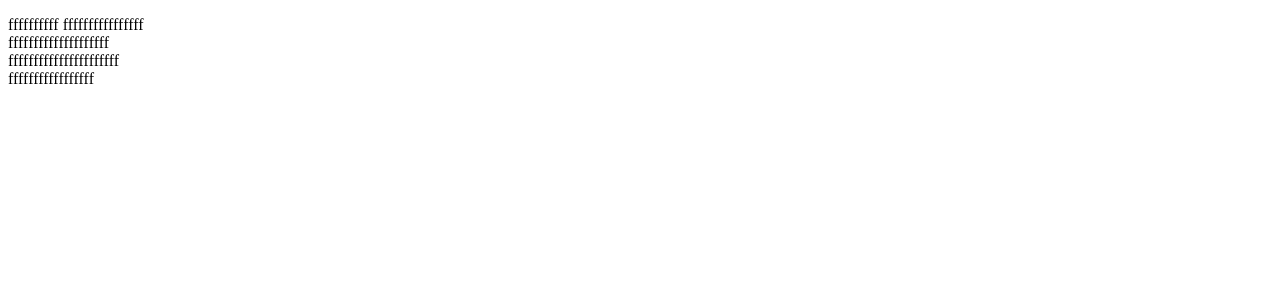
Repository: D-Savanchuk/Tasks
Page: index.html
An editor plug-in stored every save of this project. The page is shown before and after the next save, followed by the edit.
The browser window is 1280 px wide. The pictures show the whole page.

Above is the page before, as saved 2022-10-10 11:54:35.

### index.html
<!DOCTYPE html>
<html lang="en">
<head>
    <meta charset="UTF-8">
    <meta http-equiv="X-UA-Compatible" content="IE=edge">
    <meta name="viewport" content="width=device-width, initial-scale=1.0">
    <title>Document</title>
    <link rel="stylesheet" href="style2.css">
</head>
<body>

    <div class="block">
        <p class="test"> ffffffffff ffffffffffffffff ffffffffffffffffffff ffffffffffffffffffffff fffffffffffffffff</p>

    </div>

<script src="./test.js"></script>
</body>
</html>

### style2.css
.test{
    width: 193px;
    -webkit-line-clamp: 2;
    display: -webkit-box;
}

Loaded but not shown: test.js (no copy from this time; the picture is the same without it)

After the next save:
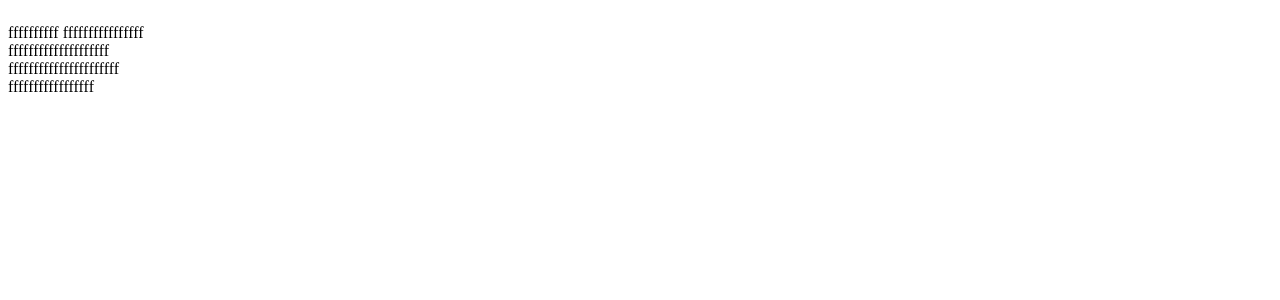
Saved 4 s later.
--- a/style2.css
+++ b/style2.css
@@ -1,4 +1,4 @@
-.test{
+.block{
     width: 193px;
     -webkit-line-clamp: 2;
     display: -webkit-box;
